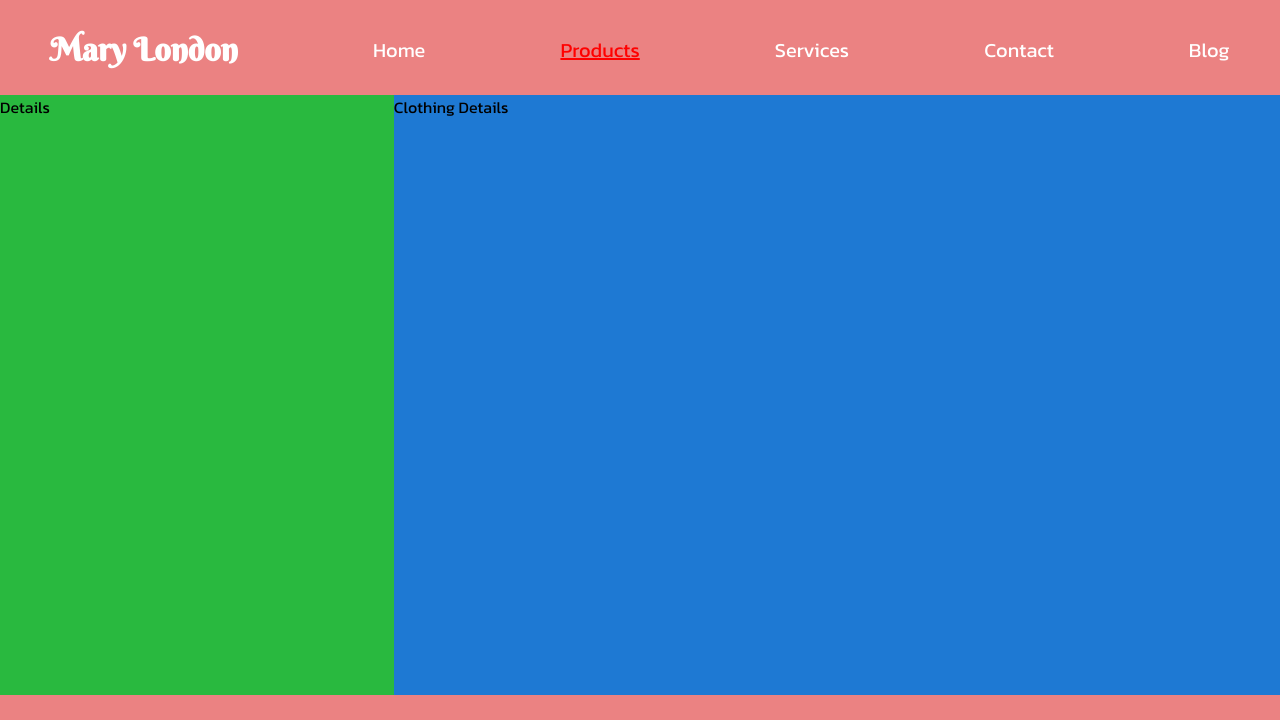
Repository: Habeebur1493/test2
Page: /products/clothing
An editor plug-in stored every save of this project. The page is shown before and after the next save, followed by the edit.
The browser window is 1280 px wide. The pictures show the whole page.
The project was rebuilt for these pictures with package versions that can differ from the ones it lists, and the page was loaded fresh each time. Also part of the build but not shown: vite.config.js, src/Frontend/Loader/loaderstyle.css, src/Frontend/Firstpage/Home.jsx, src/Frontend/Firstpage/Products.jsx, src/Frontend/Firstpage/Services.jsx, src/Frontend/Firstpage/Contact.jsx, src/Frontend/Firstpage/Blog.jsx.

Above is the page before, as saved 2024-12-28 21:03:13.

After the next save:
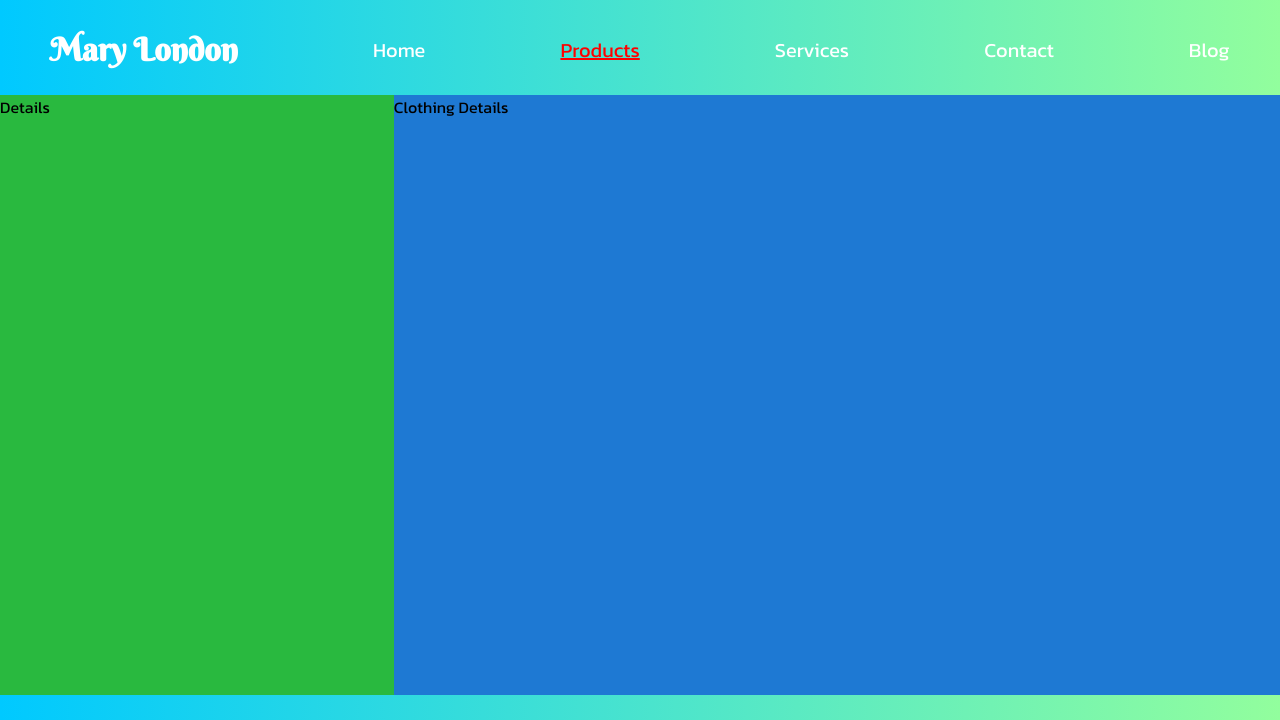
Saved 19 s later.
--- a/src/Frontend/Firstpage/page1.css
+++ b/src/Frontend/Firstpage/page1.css
@@ -5,8 +5,8 @@
 
 body{
   font-family: "Kanit", serif;
-  background-image: linear-gradient(to right, #00C9FF,#92FE9D);
-  background-image: linear-gradient(to top, #fc00ff, );
+
+  background-image: linear-gradient(to top, #fc00ff, #00dbde);
 }
 
 
@@ -204,7 +204,7 @@ nav h1{
   .ClothingDetails{
     height: 100vh;
     width: 100%;
-    background-color: #eb8282;
+    background-image: linear-gradient(to right, #00C9FF,#92FE9D);
   }
 
 
